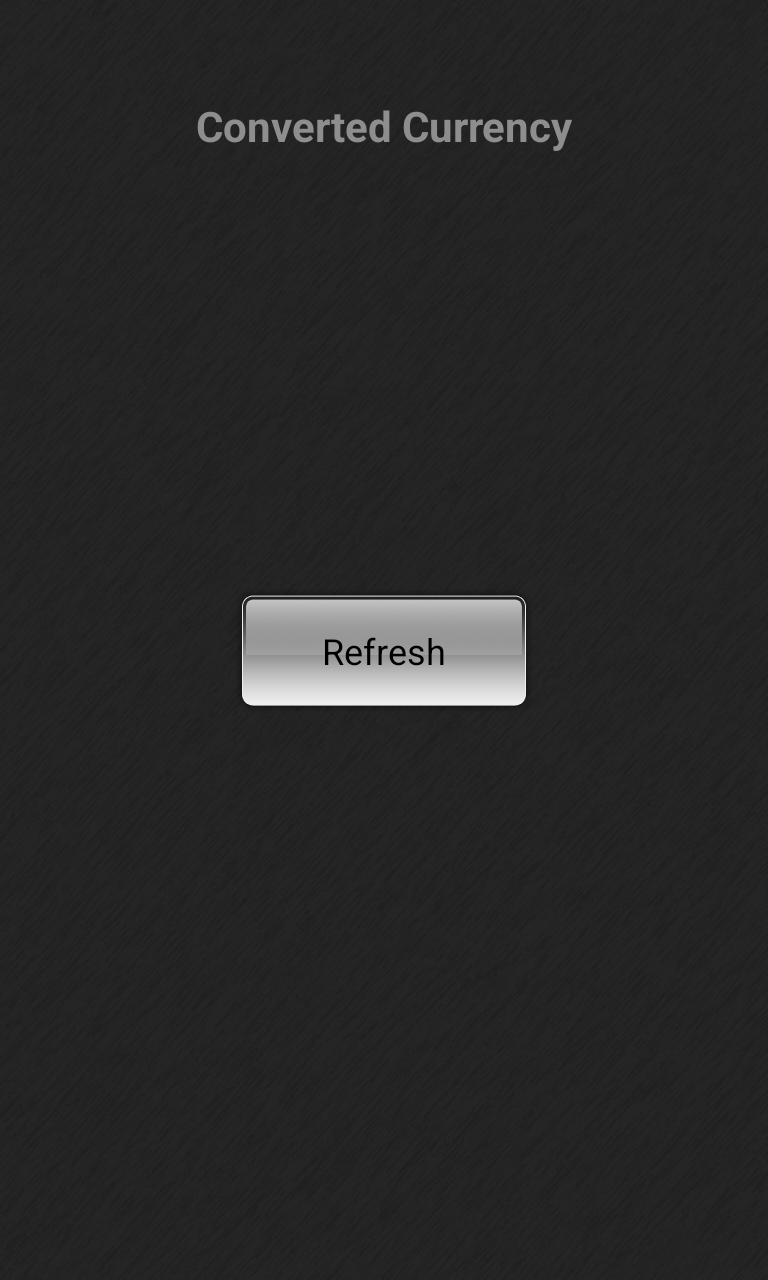
Repository: efreestone/MDF3_Freestone
Layout: ConvertIt/res/layout/activity_main.xml
These files come from the project's save history. The layout is drawn as it stood at one moment and after the next save; the edit follows.
It is drawn on a 768 x 1280 px phone screen (xhdpi) without system bars, with theme AppTheme; the app's code is not run.

Above is the layout before, as saved 2014-07-11 02:09:05.

After the next save:
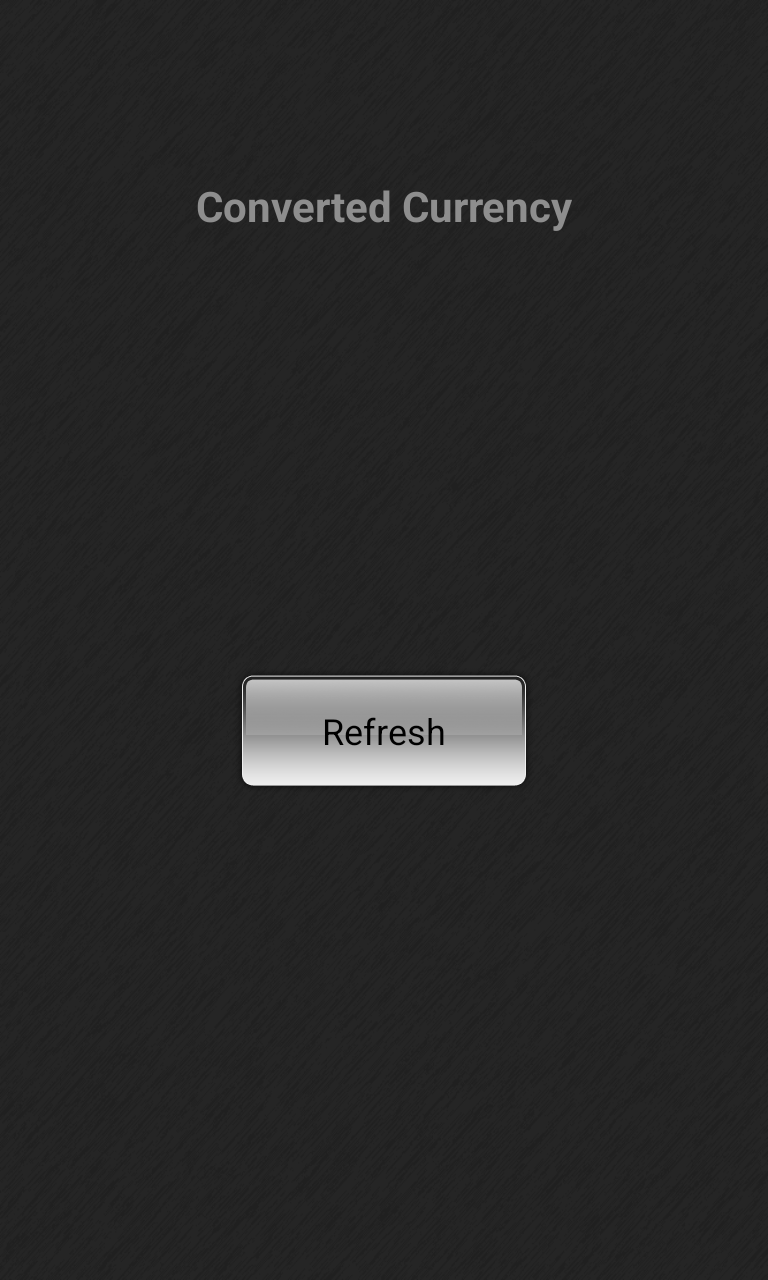
Saved 17 s later.
--- a/ConvertIt/res/layout/activity_main.xml
+++ b/ConvertIt/res/layout/activity_main.xml
@@ -12,7 +12,7 @@
         android:layout_width="match_parent"
         android:layout_height="wrap_content"
         android:layout_marginTop="50dp"
-        android:layout_margin="10dp"
+        android:layout_marginBottom="10dp"
         android:textSize="21sp"
         android:textColor="#ffffff"
         android:gravity="center" />
